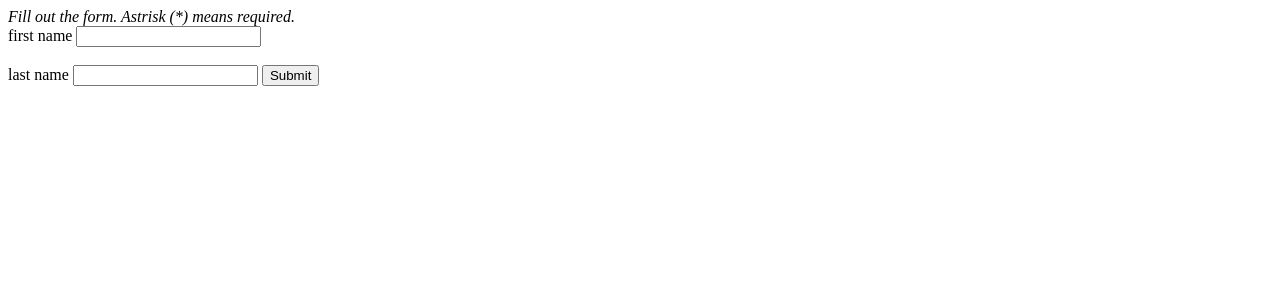
Repository: Mostafayehya/Spring-Hibernate-for-beginners-course-code
Page: http://localhost/spring-mvc-demo/customer/showForm
The author's editor kept a copy of each file at every save. The page is drawn from the files as they stood at one save, then again after the next save.
The browser window is 1280 px wide. The pictures show the whole page.
The page is served by Tomcat 9. Other server files are loaded and not shown.

Above is the page before, as saved 2019-12-03 08:56:13.

### spring-mvc-demo/WebContent/WEB-INF/view/customer-form.jsp
<%@ taglib prefix="form" uri="http://www.springframework.org/tags/form"%>

<!DOCTYPE html>
<html>
<head>
<title>Customer registeration</title>

<style>
.error {
	color: red;
}
</style>
</head>

<body>

	<i>Fill out the form. Astrisk (*) means required.</i>
	<form:form action="processForm" modelAttribute="customer">

first name <form:input path="firstName"/>
<br><br>
last name <form:input path="lastName"/>
		<input type="submit" value="Submit" />
	</form:form>

</body>
</html>

After the next save:
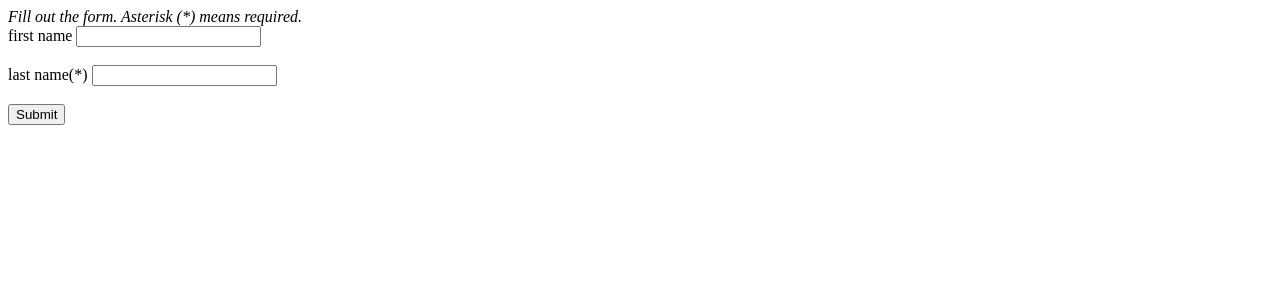
Saved 18 min 54 s later.
--- a/spring-mvc-demo/WebContent/WEB-INF/view/customer-form.jsp
+++ b/spring-mvc-demo/WebContent/WEB-INF/view/customer-form.jsp
@@ -14,12 +14,15 @@
 
 <body>
 
-	<i>Fill out the form. Astrisk (*) means required.</i>
+	<i>Fill out the form. Asterisk (*) means required.</i>
 	<form:form action="processForm" modelAttribute="customer">
 
-first name <form:input path="firstName"/>
-<br><br>
-last name <form:input path="lastName"/>
+		first name <form:input path="firstName" />
+		<br>
+		<br>
+		last name(*) <form:input path="lastName" />
+		<br>
+		<br>
 		<input type="submit" value="Submit" />
 	</form:form>
 
